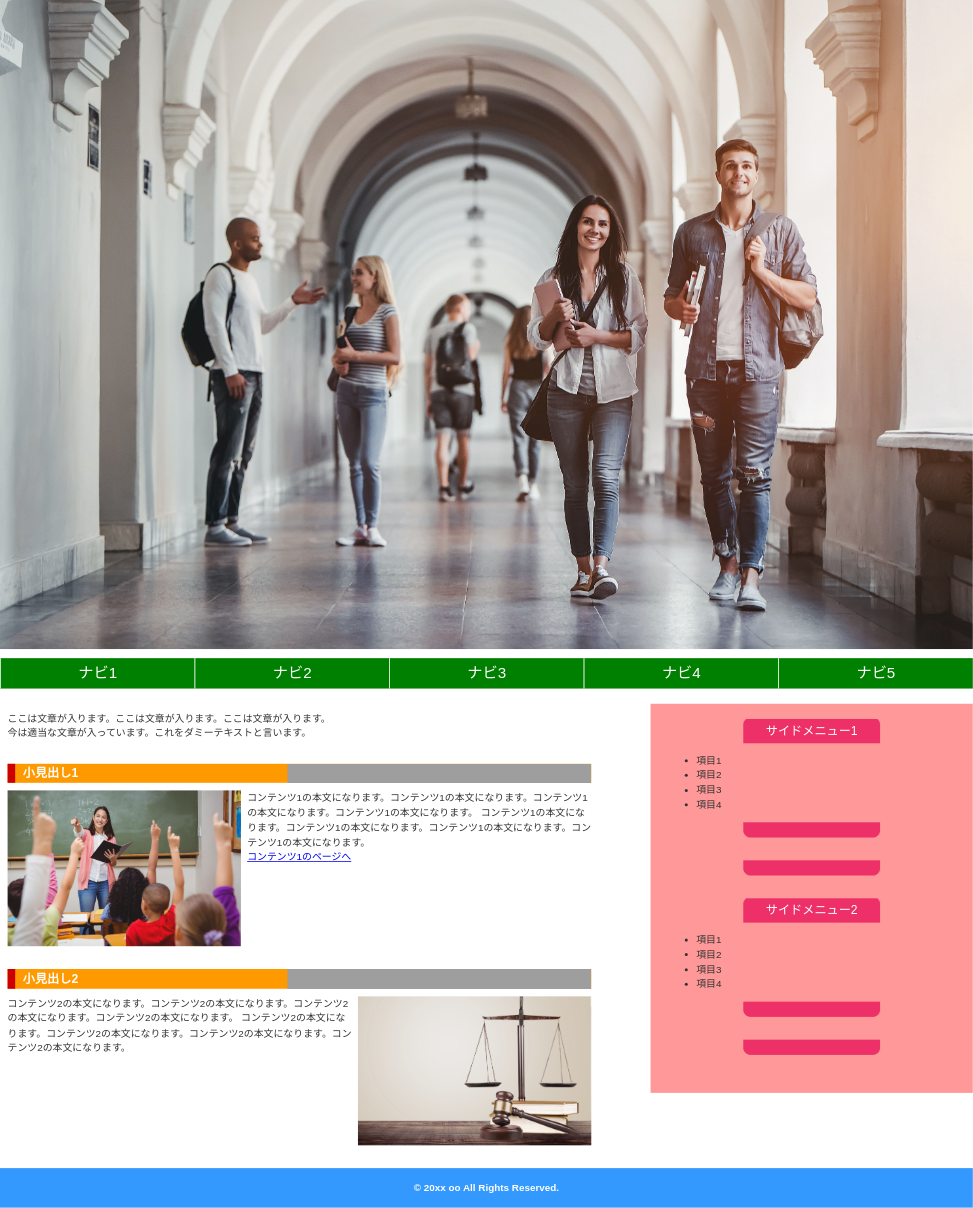
Repository: kazyakuma/Samurai_JS
Page: home.html
The author's editor kept a record of every edit. The page is drawn from the files as they stood at one moment, then again after the next edit.
The browser window is 1280 px wide. The pictures show the whole page, at 76% of full size.
Pictures or frames that could not be fetched are drawn as grey boxes.

Above is the page before.

After the next edit:
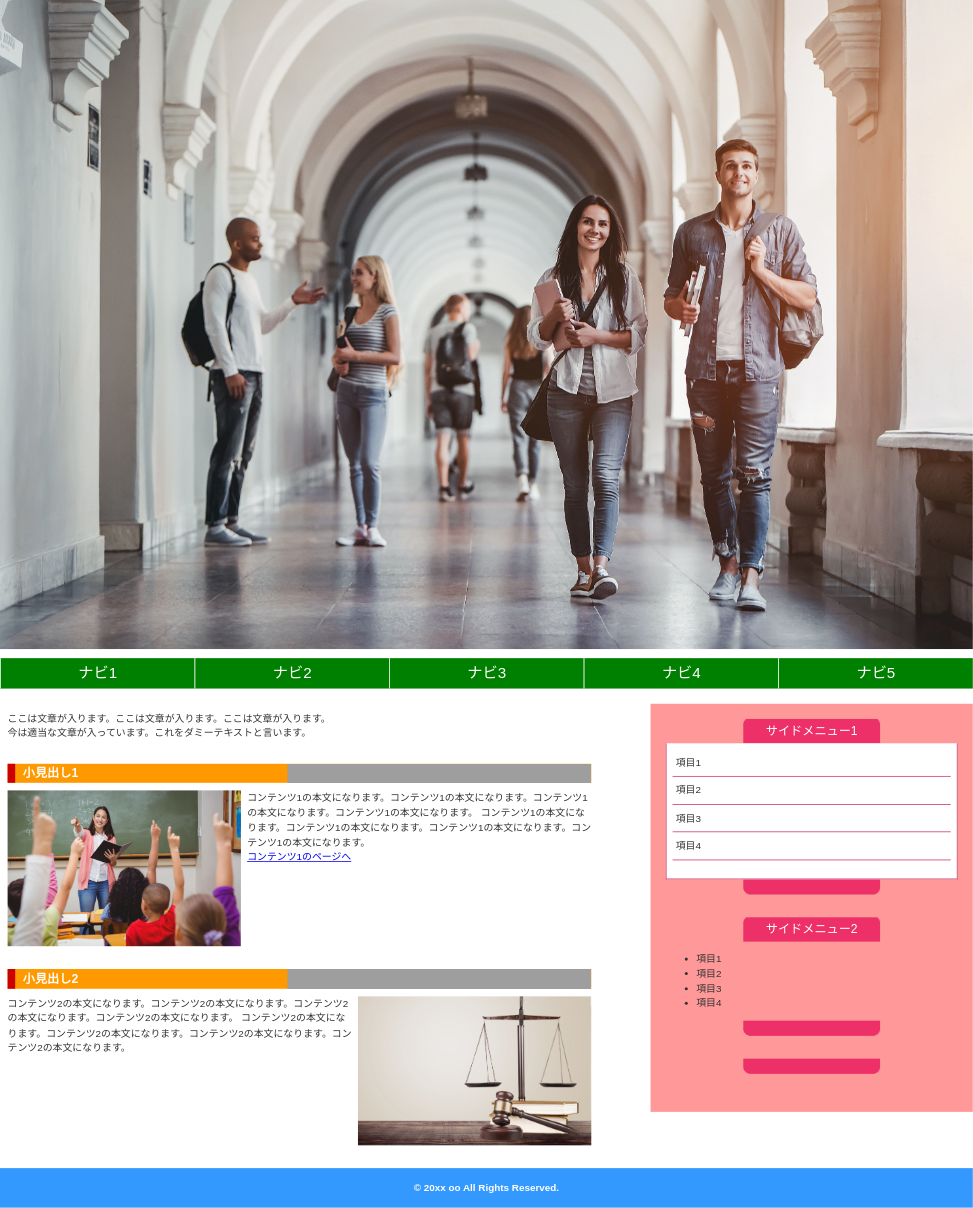
The edit:
--- a/home.html
+++ b/home.html
@@ -42,7 +42,7 @@
                     <div id = "side">
                         <div class = "box">
                                 <h2>サイドメニュー1</h2>
-                                <div class = "box Body">
+                                <div class = "boxBody">
                                     <ul>
                                         <li>項目1</li>
                                         <li>項目2</li>
